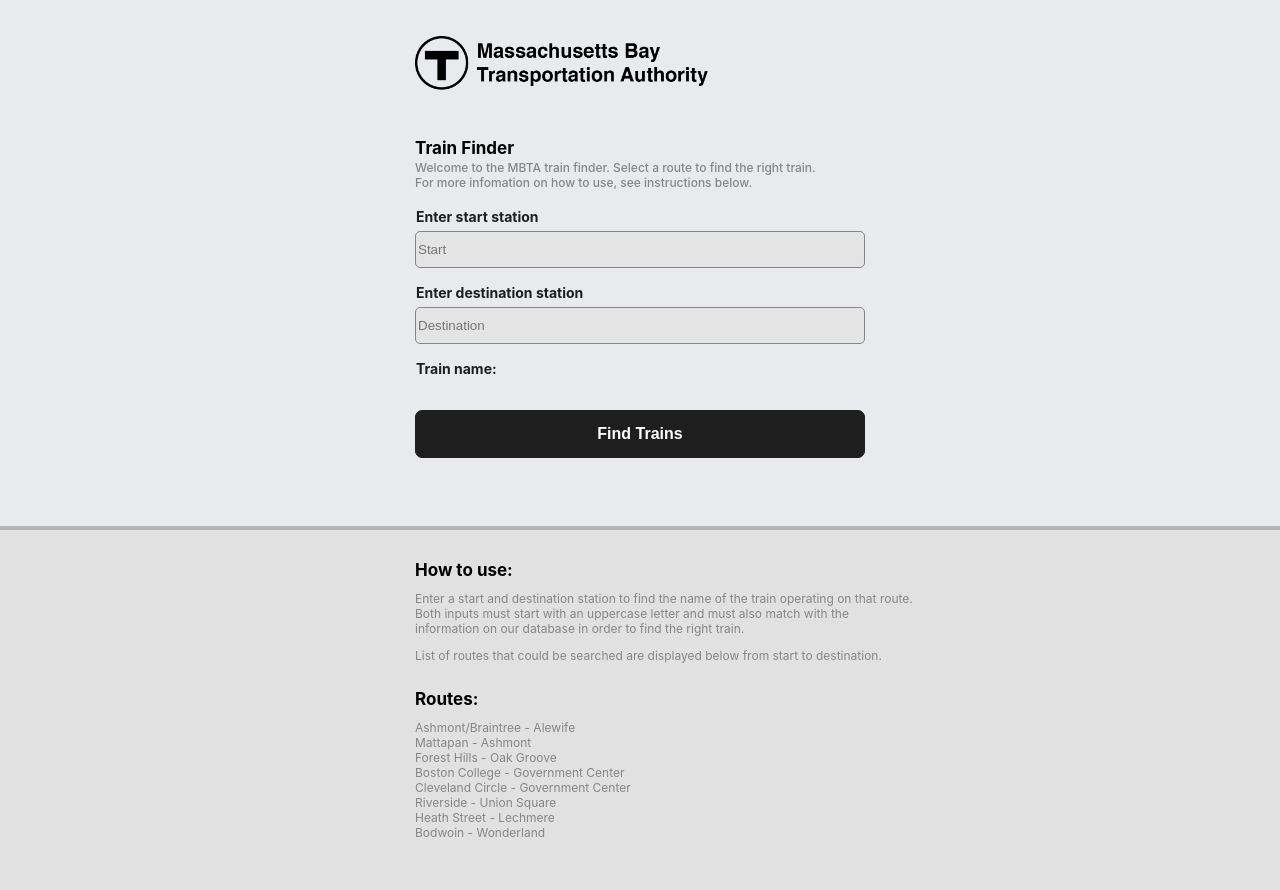
Repository: jumadesigns/mbta-train-finder
Page: / (app in mbta-app/)
These files come from the project's save history. The page is drawn as it stood at one moment and after a run of saves; the edit follows.
The browser window is 1280 px wide. The pictures show the whole page.
The page's requests for data from a server got no answer. The project was rebuilt for these pictures with package versions that can differ from the ones it lists, and the page was loaded fresh each time. No one was signed in, and anything a server would have sent is missing.

Above is the page before, as saved 2022-09-26 17:24:08.

After the next 2 saves:
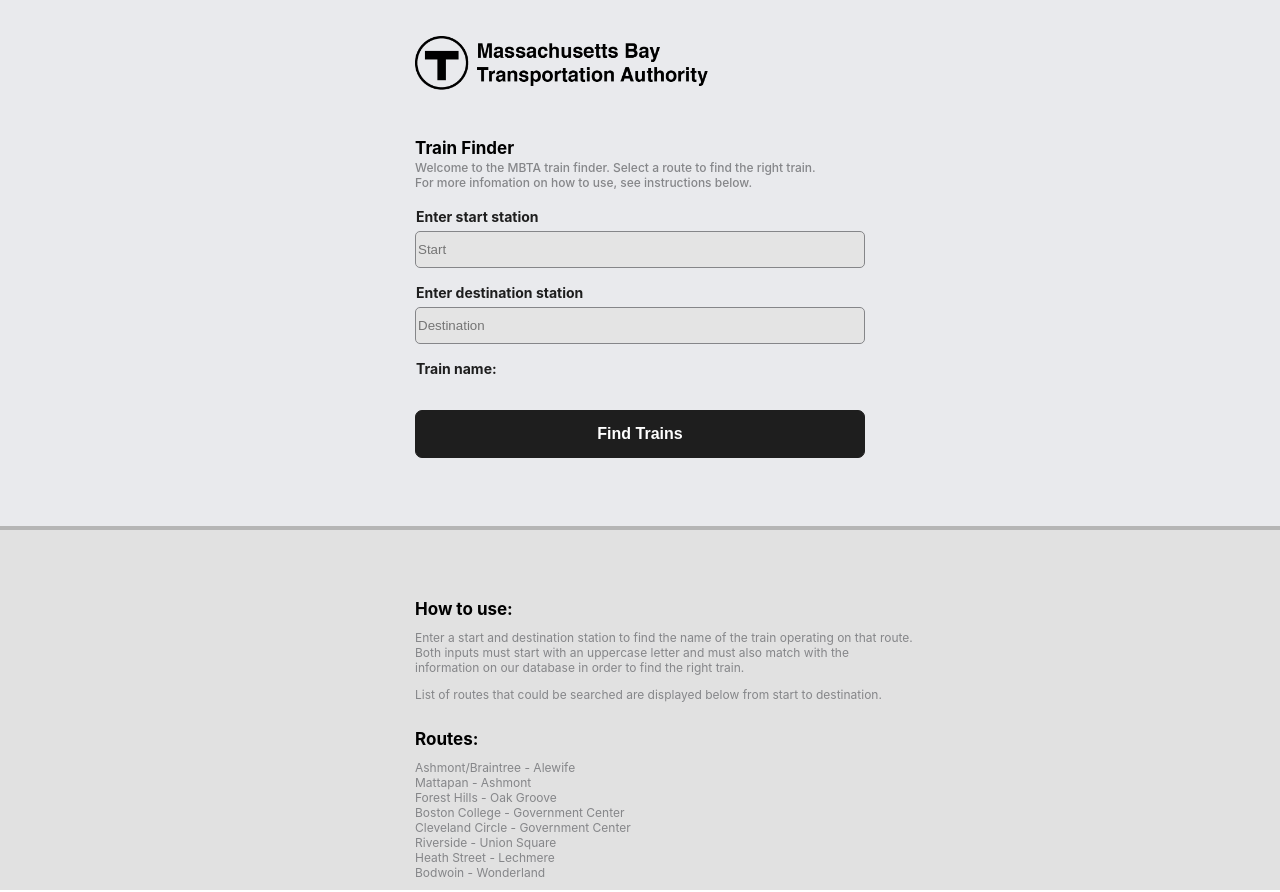
The 2 saves are shown as one change because they came seconds apart.
The last was saved 13 s later.
--- a/mbta-app/src/index.css
+++ b/mbta-app/src/index.css
@@ -129,7 +129,7 @@
 .bottom-center-div {
   height: 350px;
   width: 450px;
-  margin-top: -3vh;
+  margin-top: 5vh;
 }
 
 .bottom-section-title-1 {
